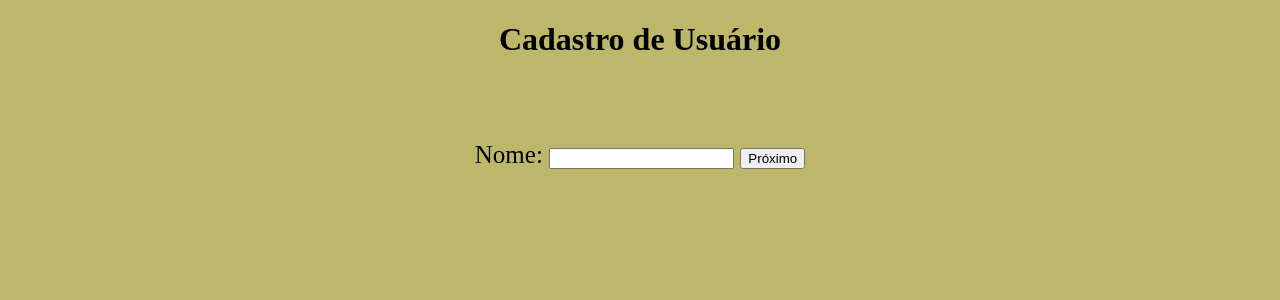
Repository: yoda4ever/playground
Page: http://localhost/Mod06_ex02B/tela1.jsp
The author's editor kept a copy of each file at every save. The page is drawn from the files as they stood at one save, then again after the next save.
The browser window is 1280 px wide. The pictures show the whole page.
The page is served by Tomcat 9. Other server files are loaded and not shown.

Above is the page before, as saved 2017-05-06 15:44:22.

### Mod06_ex02B/WebContent/tela1.jsp
<%@ page language="java" contentType="text/html; charset=ISO-8859-1"
    pageEncoding="ISO-8859-1"%>
<!DOCTYPE html PUBLIC "-//W3C//DTD HTML 4.01 Transitional//EN" "http://www.w3.org/TR/html4/loose.dtd">
<html>
<head>
<meta http-equiv="Content-Type" content="text/html; charset=ISO-8859-1">
<title>Cadastro</title>
</head>
<body style="background-color: darkkhaki;">

		<center>
			<h1>Cadastro de Usuário</h1>
		</center>

		<br><br>

		<center>
			<form action="Cadastrar" method="post">
				<input type="hidden" name="pagina" value="1"
				style="height: 25px; width: 26%; font-size: 26px;">

				<p style="font-size: 25px;font-family: cursive;"> Nome:
				<input type="text" maxlength="20" name="nome">
				<button>Próximo</button>
			</form>
		</center>



</body>
</html>

After the next save:
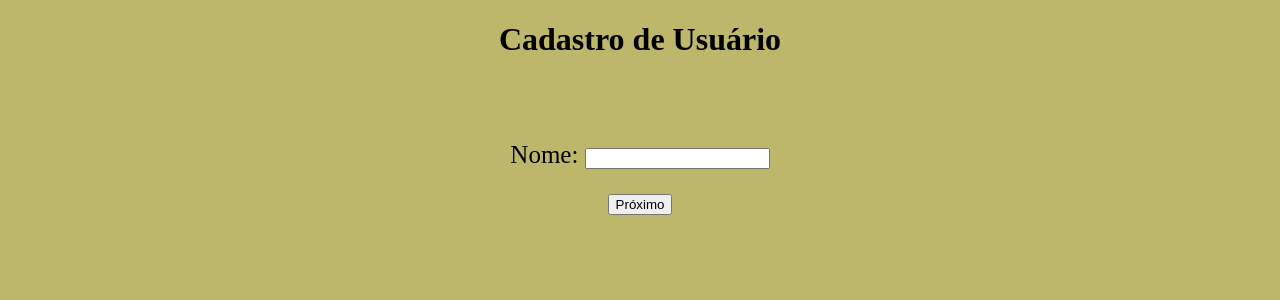
Saved 15 s later.
--- a/Mod06_ex02B/WebContent/tela1.jsp
+++ b/Mod06_ex02B/WebContent/tela1.jsp
@@ -21,6 +21,7 @@
 
 				<p style="font-size: 25px;font-family: cursive;"> Nome:
 				<input type="text" maxlength="20" name="nome">
+				</p>
 				<button>Próximo</button>
 			</form>
 		</center>

After the save that followed:
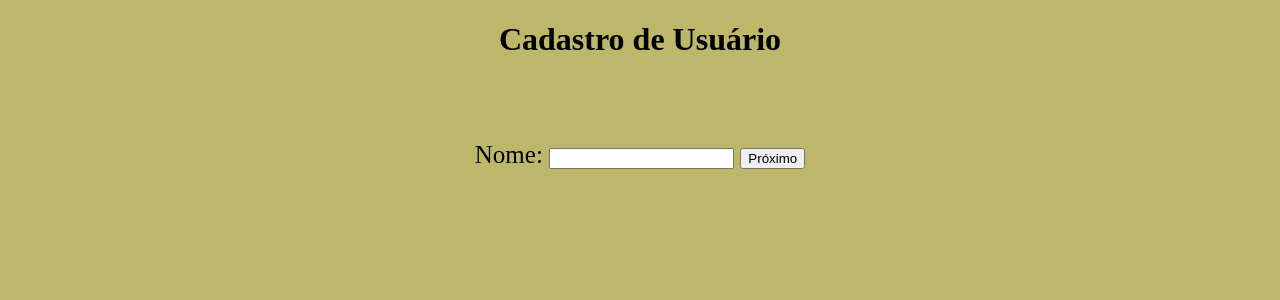
Saved 14 s later.
--- a/Mod06_ex02B/WebContent/tela1.jsp
+++ b/Mod06_ex02B/WebContent/tela1.jsp
@@ -21,8 +21,9 @@
 
 				<p style="font-size: 25px;font-family: cursive;"> Nome:
 				<input type="text" maxlength="20" name="nome">
+
+				<button>Próximo</button>
 				</p>
-				<button>Próximo</button>
 			</form>
 		</center>
 
